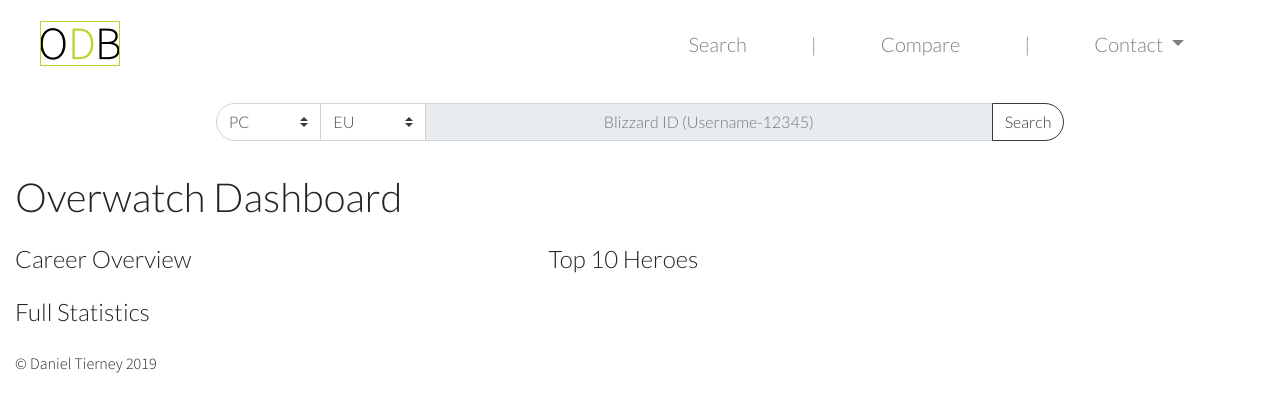
Repository: Cobonkoi/overwatch-dashboard
Page: search.html
The author's editor kept a record of every edit. The page is drawn from the files as they stood at one moment, then again after the next edit.
The browser window is 1280 px wide. The pictures show the whole page.

Above is the page before.

### search.html
<!DOCTYPE html>
<html lang="en">

<head>
    <meta charset="UTF-8">
    <meta name="viewport" content="width=device-width, initial-scale=1.0">
    <meta http-equiv="X-UA-Compatible" content="ie=edge">
    <title>Overwatch Dashboard</title>
    <link rel="stylesheet" href="libraries/bootstrap.min.css" type="text/css" />
    <link rel="stylesheet" href="https://stackpath.bootstrapcdn.com/font-awesome/4.7.0/css/font-awesome.min.css" type="text/css" />
    <link href="https://fonts.googleapis.com/css?family=Lato:300|Source+Sans+Pro:300&display=swap" rel="stylesheet">
    <link rel="stylesheet" href="assets/css/style.css" type="text/css" />
</head>

<body>
    <!-- NAVBAR -->
    <nav class="navbar navbar-expand-sm navbar-light my-2">
        <a href="index.html" class="navbar-brand ml-4"><img src="assets/images/brand-image.png" alt="Website Logo" width="80" height="45"></a>

        <button class="navbar-toggler ml-auto" type="button" data-toggle="collapse" data-target="#navbarNavDropdown" aria-controls="navbarNavDropdown" aria-expanded="false" aria-label="Toggle navigation">
            <span class="navbar-toggler-icon"></span></button>

        <div class="collapse navbar-collapse" id="navbarNavDropdown">
            <ul class="navbar-nav ml-auto mr-4">
                <li class="nav-item mr-5"><a class="nav-link" href="search.html">Search</a></li>
                <li class="mr-5 d-none d-sm-block"><a class="nav-link">|</a></li>
                <li class="nav-item mr-5"><a class="nav-link" href="compare.html">Compare</a></li>
                <li class="mr-5 d-none d-sm-block"><a class="nav-link">|</a></li>
                <li class="nav-item dropdown mr-5">
                    <a class="nav-link dropdown-toggle" href="" id="navbarDropdownMenuLink" role="button" data-toggle="dropdown" aria-haspopup="true" aria-expanded="false">
                      Contact
                    </a>
                    <div class="dropdown-menu" aria-labelledby="navbarDropdownMenuLink">
                        <a class="dropdown-item" href="featurerequest.html">Feature Request</a>
                        <a class="dropdown-item" href="bugreport.html">Bug Report</a>
                    </div>
                </li>
            </ul>
        </div>
    </nav>
    <!-- /NAVBAR -->

    <!-- SEARCH -->
    <div class="container search-container text-center d-none d-sm-block">
        <div class="row">
            <div class="col-12 my-3">
                <form class="form-inline" id="searchForm">
                    <div class="input-group mb-3 mx-auto">
                        <select class="custom-select rounded-left--search" id="searchFormPlatform" onchange="changeUsernamePlaceholder(); changeRegionHidden();">
                            <option disabled>Platform...</option>
                            <option value="pc">PC</option>
                            <option value="psn">PS4</option>
                            <option value="xbl">Xbox</option>
                        </select>
                        <select class="custom-select" id="searchFormRegion">
                            <option disabled>Region...</option>
                            <option value="eu">EU</option>
                            <option value="us">US</option>
                            <option value="asia">Asia</option>
                        </select>
                        <div class="input-group-append">
                            <input type="text" class="input-group-text" id="searchFormUsername" placeholder="Blizzard ID (Username-12345)" size="65" required>
                        </div>
                        <div class="input-group-append">
                            <button type="submit" class="btn btn-outline-dark rounded-right--search" form="searchForm">Search</button>                        </div>
                        </div>
                    </div>
                </form>
            </div>
        </div>
    </div>
    <!-- /SEARCH -->

        <!-- SEARCH-MOBILE -->
    <div class="container search-container text-center d-sm-none">
        <div class="row">
            <div class="col-12">
                <form class="form-group" id="searchFormMobile">
                    <div class="mb-3 mx-auto">
                        <select class="form-control my-4" id="searchFormPlatformMobile" onchange="changeUsernamePlaceholderMobile(); changeRegionHiddenMobile();">
                            <option disabled>Platform...</option>
                            <option value="pc">PC</option>
                            <option value="psn">PS4</option>
                            <option value="xbl">Xbox</option>
                        </select>
                        <select class="form-control my-4" id="searchFormRegionMobile">
                            <option disabled>Region...</option>
                            <option value="eu">EU</option>
                            <option value="us">US</option>
                            <option value="asia">Asia</option>
                        </select>
                        <div class="input-group-append my-4">
                            <input type="text" class="form-control" id="searchFormUsernameMobile" placeholder="Blizzard ID (Username-12345)" required>
                        </div>
                    </div>
                </form>
            </div>
        </div>
    </div>

    <div class="container-fluid text-center before-footer d-sm-none">
        <div class="row">
            <div class="col-12 mb-5">
                <button type="submit" class="btn btn-outline-dark btn-rounded btn--search" form="searchFormMobile">Search</button>
            </div>
        </div>
    </div>
    <!-- /SEARCH MOBILE -->

    <!-- HEADER -->
    <div class="container-fluid search-header-container">
        <div class="row">
            <div class="col-12 mb-3">
                <h1 class="" id="">Overwatch Dashboard</h1>
            </div>
        </div>
    </div>
    <!-- /HEADER -->

    <!-- CAREER OVERVIEW -->
    <div class="container-fluid career-overview-container">
        <div class="row">
            <div class="col-5 mb-3">
                <h4 class="" id="">Career Overview</h4>
            </div>
            <div class="col-7 mb-3">
                <h4 class="" id="">Top 10 Heroes</h4>
            </div>
        </div>
    </div>
    <!-- /CAREER OVERVIEW -->

    <!-- FULL STATISTICS -->
    <div class="container-fluid search-header-container">
        <div class="row">
            <div class="col-12 mb-3">
                <h4 class="" id="">Full Statistics</h4>
            </div>
        </div>
    </div>
    <!-- /FULL STATISTICS -->


    <!-- <div class="container-fluid">
        <div class="row">
            <div class="col-12">
                <div>Games: </div>
                <div id="stat-games"></div><br>
                <div>Test Usernames: <br> Zael-2375 (PC, EU)<br> Sharpy-2695 (PC, EU)<br> MLGesus-21679 (PC, EU)<br> LicensedCntrctr (Xbox, US)<br> Ignortion (PS4, US)<br> NekoGirlMx (PS4, Asia)<br> shon bilinkis (Xbox, Asia)</div>
            </div>
        </div>
    </div> /-->

    <!-- FOOTER -->
    <footer class="footer">
        <div class="container-fluid">
            <div class="row">
                <div class="col-12 text-left">
                    <p>© Daniel Tierney 2019</p>
                </div>
            </div>
        </div>
    </footer>
    <!-- /FOOTER -->

    <!-- SCRIPTS -->
    <script src="libraries/jquery.slim.min.js"></script>
    <script src="libraries/bootstrap.bundle.min.js"></script>
    <script src="assets/javascript/main.js"></script>
    <!-- /SCRIPTS -->

</body>
</html>

### assets/css/style.css
html,
body {
    height: 100%;
}

body {
    font-family: 'Lato', sans-serif;
    display: flex;
    flex-direction: column;
}

p {
    font-family: 'Source Sans Pro', sans-serif;
}

/* -- NAVBAR -- */

.navbar-nav {
    font-size: 1.25rem;
}

/* -- FOOTER -- */

.before-footer {
    flex: 1 0 auto;
}

.footer {
    flex-shrink: 0;
}

/* -- CONTAINERS -- */

.callout-container {
    height: 30vh;

    display: flex;
    align-items: flex-end;
    justify-content: center;
}

.reminder-container {
    align-items: center;
    justify-content: center;
}

.search-container {
    align-items: center;
    justify-content: center;
}

/* -- FORM ASSETS -- */



/* -- BUTTONS -- */

.btn--search {
    font-size: 1.1rem;
    border-radius: 10rem;
    width: 10rem;
}

/* -- HEADERS -- */

#indexTitle {
    font-size: 3.5rem;
}

/* ---- MEDIA QUERIES ---- */

@media (min-width: 768px) {

/* -- FORM ASSETS -- */
    .rounded-left--search {
        border-top-left-radius: 10rem;
        border-bottom-left-radius: 10rem;
    }

    .rounded-right--search {
        border-top-right-radius: 10rem;
        border-bottom-right-radius: 10rem;
    }
}

### assets/javascript/main.js
const baseURL = "https://ow-api.com/v1/stats/";


function getData(type, cb) {
    var xhr = new XMLHttpRequest();

    var platform = document.getElementById("search-form-platform").value;
    var region = document.getElementById("search-form-region").value;
    var username = document.getElementById("search-form-username").value;

    if (platform == "pc") {
        var profileUrl = baseURL + platform + "/" + region + "/" + username + "/complete";
    } else {
        var profileUrl = baseURL + platform + "/"  + username + "/complete";
    }

    xhr.onreadystatechange = function() {
        if (this.readyState == 4 && this.status == 200) {
            cb(JSON.parse(this.responseText));
        }
    };

    xhr.open("GET", profileUrl);
    xhr.send();
}

function writeToDocument(type) {
    getData(type, function(data) {
        console.dir(data);
        document.getElementById("stat-games").innerHTML = `Played ${data.competitiveStats.games.played} / Won ${data.competitiveStats.games.won}`;
    });
}

function changeUsernamePlaceholder() {
    if (document.getElementById("searchFormPlatform").value == "pc") {
        document.getElementById("searchFormUsername").placeholder = "Blizzard ID (Username-12345)";
    } else if (document.getElementById("searchFormPlatform").value == "xbl") {
        document.getElementById("searchFormUsername").placeholder = "Gamertag";
    } else if (document.getElementById("searchFormPlatform").value == "psn") {
        document.getElementById("searchFormUsername").placeholder = "PSN ID";
    }
}

function changeUsernamePlaceholderMobile() {
    if (document.getElementById("searchFormPlatformMobile").value == "pc") {
        document.getElementById("searchFormUsernameMobile").placeholder = "Blizzard ID (Username-12345)";
    } else if (document.getElementById("searchFormPlatformMobile").value == "xbl") {
        document.getElementById("searchFormUsernameMobile").placeholder = "Gamertag";
    } else if (document.getElementById("searchFormPlatformMobile").value == "psn") {
        document.getElementById("searchFormUsernameMobile").placeholder = "PSN ID";
    }
}

function changeRegionHidden() {
    if (document.getElementById("searchFormPlatform").value == "pc") {
        var regionDropdown = document.getElementById("searchFormRegion");
        regionDropdown.removeAttribute("hidden");
    } else if (document.getElementById("searchFormPlatform").value == "xbl") {
        var regionDropdown = document.getElementById("searchFormRegion");
        regionDropdown.setAttribute("hidden", true);
    } else if (document.getElementById("searchFormPlatform").value == "psn") {
        var regionDropdown = document.getElementById("searchFormRegion");
        regionDropdown.setAttribute("hidden", true);
    }
}

function changeRegionHiddenMobile() {
    if (document.getElementById("searchFormPlatformMobile").value == "pc") {
        var regionDropdownMobile = document.getElementById("searchFormRegionMobile");
        regionDropdownMobile.removeAttribute("hidden");
    } else if (document.getElementById("searchFormPlatformMobile").value == "xbl") {
        var regionDropdownMobile = document.getElementById("searchFormRegionMobile");
        regionDropdownMobile.setAttribute("hidden", true);
    } else if (document.getElementById("searchFormPlatformMobile").value == "psn") {
        var regionDropdownMobile = document.getElementById("searchFormRegionMobile");
        regionDropdownMobile.setAttribute("hidden", true);
    }
}

Loaded but not shown: libraries/bootstrap.min.css (library); libraries/jquery.slim.min.js (library); libraries/bootstrap.bundle.min.js (library)

After the next edit:
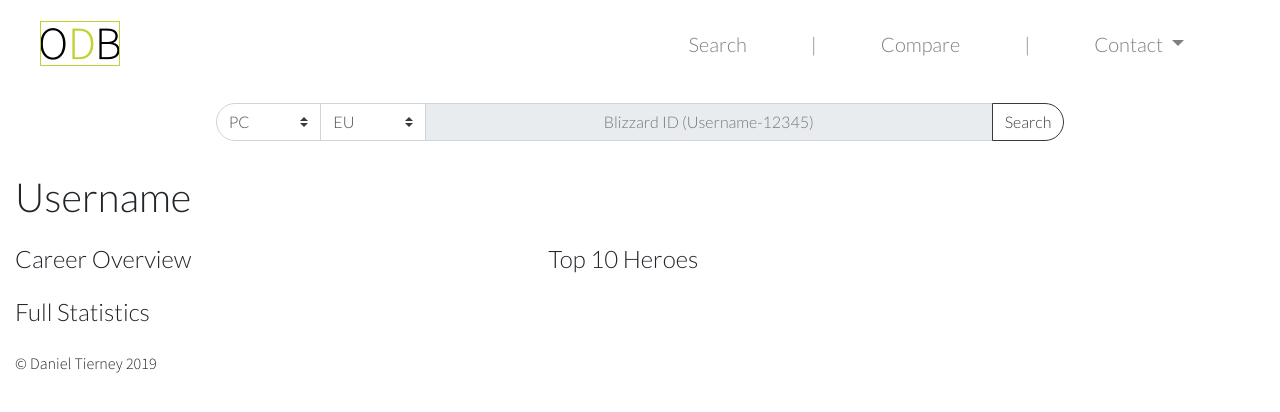
The edit:
--- a/search.html
+++ b/search.html
@@ -111,7 +111,7 @@
     <div class="container-fluid search-header-container">
         <div class="row">
             <div class="col-12 mb-3">
-                <h1 class="" id="">Overwatch Dashboard</h1>
+                <h1 class="" id="">Username</h1>
             </div>
         </div>
     </div>
